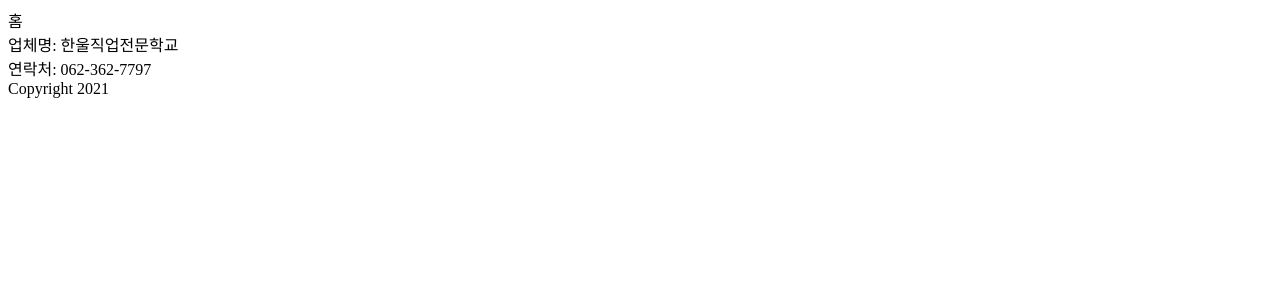
Repository: JSY93/spring-web
Page: http://localhost/iot/
These files come from the project's save history. The page is drawn as it stood at one moment and after the next save; the edit follows.
The browser window is 1280 px wide. The pictures show the whole page.
The page is served by Tomcat 9. Other server files are loaded and not shown.

Above is the page before, as saved 2021-01-06 06:46:33.

### Study_Spring/iot/src/main/webapp/WEB-INF/views/home.jsp
<%@ taglib uri="http://java.sun.com/jsp/jstl/core" prefix="c" %>
<%@ page language="java" contentType="text/html; charset=UTF-8"
    pageEncoding="UTF-8"%>
<html>
<head>
	<title>Home</title>
</head>
<body>

<div id='content'>
홈
</div>

<jsp:include page="/WEB-INF/views/include/footer.jsp" />
</body>
</html>

### Study_Spring/iot/src/main/webapp/WEB-INF/views/include/footer.jsp
<%@ page language="java" contentType="text/html; charset=UTF-8"
    pageEncoding="UTF-8"%>
<footer>
	<div>업체명: 한울직업전문학교</div>
	<div>연락처: 062-362-7797</div>
	<div>Copyright 2021</div>
</footer>

After the next save:
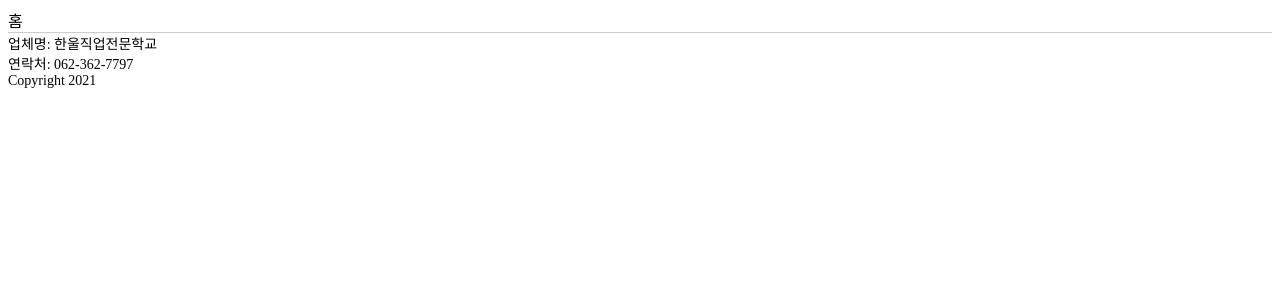
Saved 69 s later.
--- a/Study_Spring/iot/src/main/webapp/WEB-INF/views/include/footer.jsp
+++ b/Study_Spring/iot/src/main/webapp/WEB-INF/views/include/footer.jsp
@@ -1,6 +1,6 @@
 <%@ page language="java" contentType="text/html; charset=UTF-8"
     pageEncoding="UTF-8"%>
-<footer>
+<footer style='font-size:14px; border-top:1px solid #ccc;'>
 	<div>업체명: 한울직업전문학교</div>
 	<div>연락처: 062-362-7797</div>
 	<div>Copyright 2021</div>
